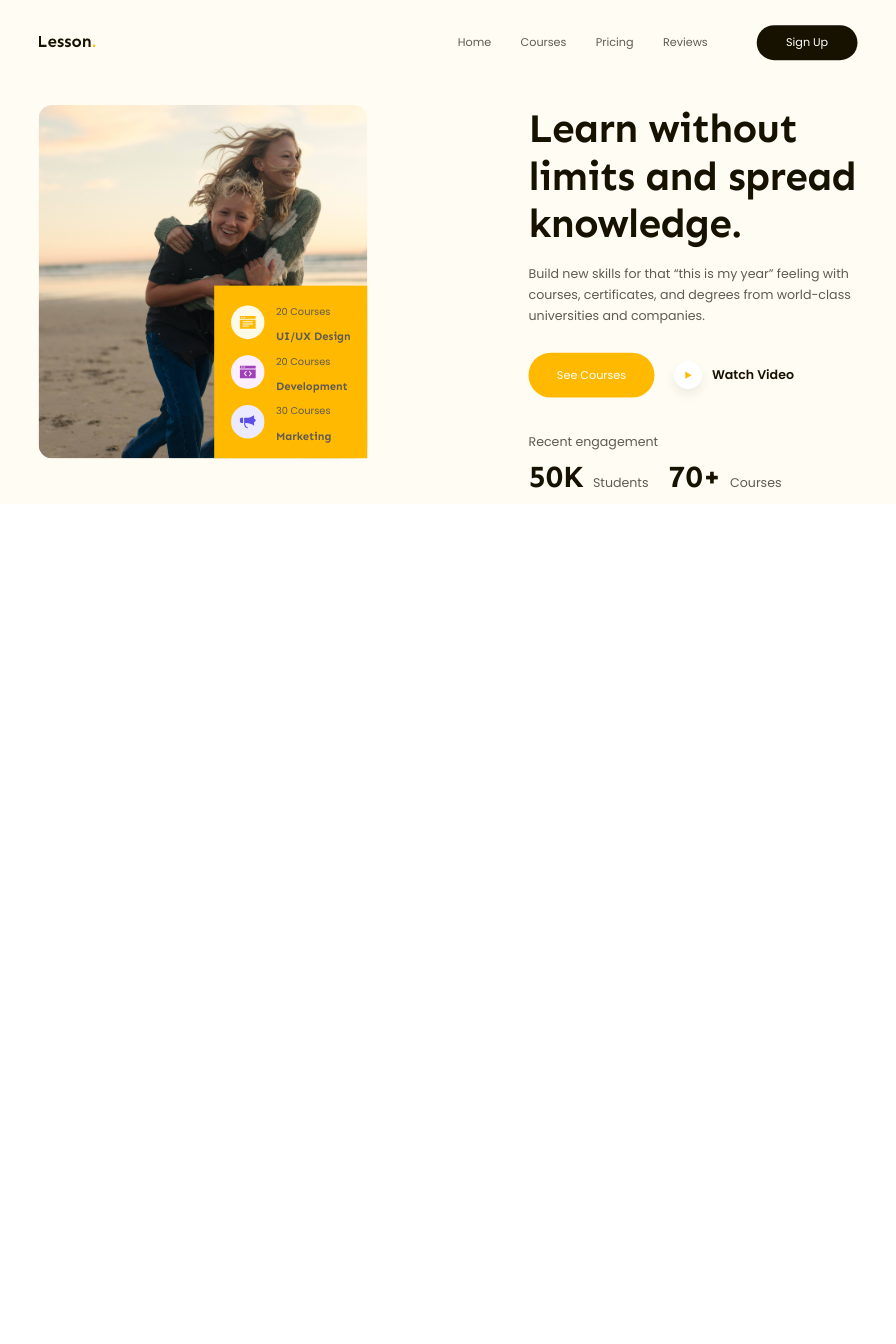
Repository: tinhtranjp/htmlcss-01
Page: index.html
The author's editor kept a copy of each file at every save. The page is drawn from the files as they stood at one save, then again after the next save.
The browser window is 1280 px wide. The pictures show the part of the page from y = 0 to 1920 px (the page is 5000 px tall), at 70% of full size.

Above is the page before, as saved 2023-01-20 02:27:12.

After the next save:
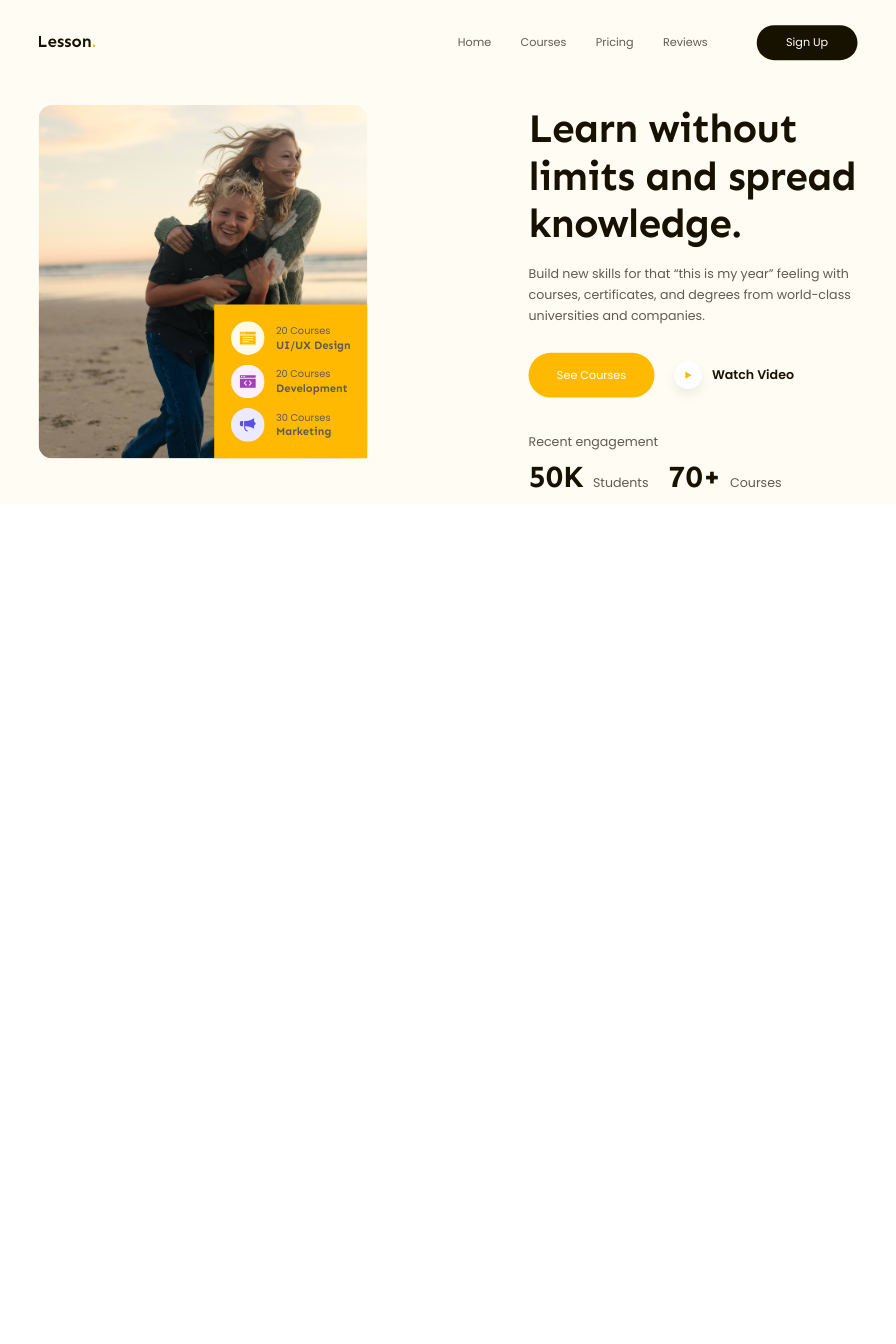
Saved 8 s later.
--- a/assets/css/styles.css
+++ b/assets/css/styles.css
@@ -119,8 +119,8 @@
 }
 
 .hero-img-block .marketing .info p {
-  display: flex;
-  margin-bottom: 15px;
+  display: inline-block;
+  margin-bottom: ;
   font-weight: 400;
   font-size: 1.4rem;
   line-height: 1.86;
